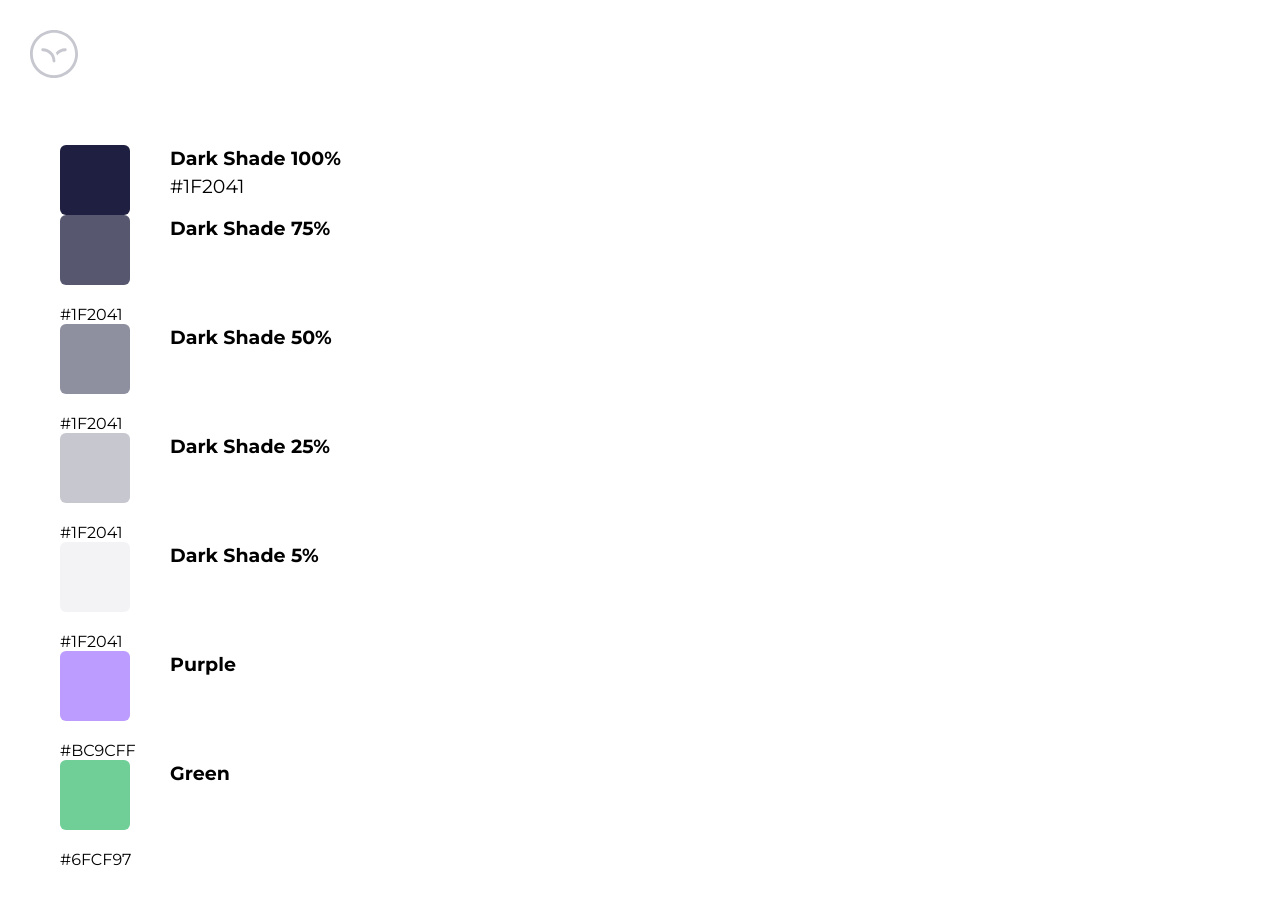
Repository: Inzhir2022/quatrain
Page: ui/index.html
These files come from the project's save history. The page is drawn as it stood at one moment and after the next save; the edit follows.
The browser window is 1280 px wide. The pictures show the whole page.

Above is the page before, as saved 2022-07-23 09:38:11.

### ui/index.html
<!DOCTYPE html>
<html lang="en">

<head>
  <meta charset="UTF-8">
  <meta http-equiv="X-UA-Compatible" content="IE=edge">
  <meta name="viewport" content="width=device-width, initial-scale=1.0">
  <link rel="preconnect" href="https://fonts.googleapis.com">
  <link rel="preconnect" href="https://fonts.gstatic.com" crossorigin>
  <link href="https://fonts.googleapis.com/css2?family=Montserrat:wght@400;700&display=swap" rel="stylesheet">
  <link rel="stylesheet" href="style.css">
  <title>UI</title>
</head>

<body>
  <div class="colorsAndTypes">
    <div class="container">
      <div class="colorsAndTypes__logo logo">
        <svg class="logo__icon" width="48" height="48" viewBox="0 0 48 48" xmlns="http://www.w3.org/2000/svg">
          <path d="M23.9989 32.4712C23.2224 32.4712 22.5871 31.8359 22.5871 31.0594C22.5871 25.6241 18.14 21.177 12.7047 21.177C11.9283 21.177 11.293 20.5418 11.293 19.7653C11.293 18.9888 11.9283 18.3535 12.7047 18.3535C19.7283 18.3535 25.4106 24.0359 25.4106 31.0594C25.4106 31.8359 24.7753 32.4712 23.9989 32.4712Z" />
          <path d="M36.7068 19.7653C36.7068 20.5418 36.0715 21.177 35.295 21.177C31.9421 21.177 28.9421 22.8712 27.1774 25.4476C26.7892 24.4594 26.3303 23.5418 25.7656 22.6947C28.095 20.0123 31.5186 18.3535 35.295 18.3535C36.0715 18.3535 36.7068 18.9888 36.7068 19.7653Z" />
          <path d="M24 48C10.7647 48 0 37.2353 0 24C0 10.7647 10.7647 0 24 0C37.2353 0 48 10.7647 48 24C48 37.2353 37.2353 48 24 48ZM24 2.82353C12.3176 2.82353 2.82353 12.3176 2.82353 24C2.82353 35.6824 12.3176 45.1765 24 45.1765C35.6824 45.1765 45.1765 35.6824 45.1765 24C45.1765 12.3176 35.6824 2.82353 24 2.82353Z" />
        </svg>
      </div>
      <div class="colors">
        <div class="colors__wrapper">
          <div class="colors__item colors__item_darkShade"></div>
          <div class="colors__title">Dark Shade 100%
            <span class="colors__subtitle">#1F2041</span>
          </div>
        </div>

        <div class="colors__wrapper">
          <div class="colors__item colors__item_darkShade_75"></div>
          <div class="colors__title">Dark Shade 75%</div>
          <div class="colors__subtitle">#1F2041</div>
        </div>
        <div class="colors__wrapper">
          <div class="colors__item colors__item_darkShade_50"></div>
          <div class="colors__title">Dark Shade 50%</div>
          <div class="colors__subtitle">#1F2041</div>
        </div>
        <div class="colors__wrapper">
          <div class="colors__item colors__item_darkShade_25"></div>
          <div class="colors__title">Dark Shade 25%</div>
          <div class="colors__subtitle">#1F2041</div>
        </div>
        <div class="colors__wrapper">
          <div class="colors__item colors__item_darkShade_5"></div>
          <div class="colors__title">Dark Shade 5%</div>
          <div class="colors__subtitle">#1F2041</div>
        </div>
        <div class="colors__wrapper">
          <div class="colors__item colors__item_purple"></div>
          <div class="colors__title">Purple</div>
          <div class="colors__subtitle">#BC9CFF</div>
        </div>
        <div class="colors__wrapper">
          <div class="colors__item colors__item_green"></div>
          <div class="colors__title">Green</div>
          <div class="colors__subtitle">#6FCF97</div>
        </div>

      </div>
    </div>
  </div>



</body>

</html>

### ui/style.css
:root {
  --darkShade_100: rgba(31, 32, 65, 1);
  --darkShade_75: rgba(31, 32, 65, .75);
  --darkShade_50: rgba(31, 32, 65, .5);
  --darkShade_25: rgba(31, 32, 65, .25);
  --darkShade_5: rgba(31, 32, 65, .05);
  --purple: rgb(188, 156, 255);
  --green: rgb(111, 207, 151);
}

body {
  position: relative;
  margin: 0;
  padding: 0;
  box-sizing: border-box;
  font-family: 'Montserrat', sans-serif;
}

.container {
  display: grid;
  grid-template-columns: repeat(12, 96.67px);
  column-gap: 20px;
  margin: 0 auto;
  max-width: 1160px;
  min-height: 900px;
}

.colorsAndTypes .container {
  grid-template-rows: 145px 1fr;
}

.colorsAndTypes__logo {
  position: absolute;
  top: 30px;
  left: 30px;
}
.logo__icon {
  fill: rgba(31, 32, 65, .25);
}

.colors {
  grid-column: 1/4;
  grid-row: 2;
}

.colors__wrapper {
  display: grid;
  grid-template-columns: 70px 171px;
  grid-template-rows: ;
  column-gap: 40px;
  row-gap: 20px;
}

.colors__item {
  width: 70px;
  height: 70px;
  border-radius: 6px;
}

.colors__item_darkShade {
  background-color: var(--darkShade_100);
}
.colors__item_darkShade_75 {
  background-color: var(--darkShade_75);
}
.colors__item_darkShade_50 {
  background-color: var(--darkShade_50);
}
.colors__item_darkShade_25 {
  background-color: var(--darkShade_25);
}
.colors__item_darkShade_5 {
  background-color: var(--darkShade_5);
}
.colors__item_purple {
  background-color: var(--purple);
}
.colors__item_green {
  background-color: var(--green);
}

.colors__title {
  font-size: 19px;
  font-weight: 700;
  line-height: 28px;
}

.colors__subtitle {
  display: block;
  font-weight: 400;
}

After the next save:
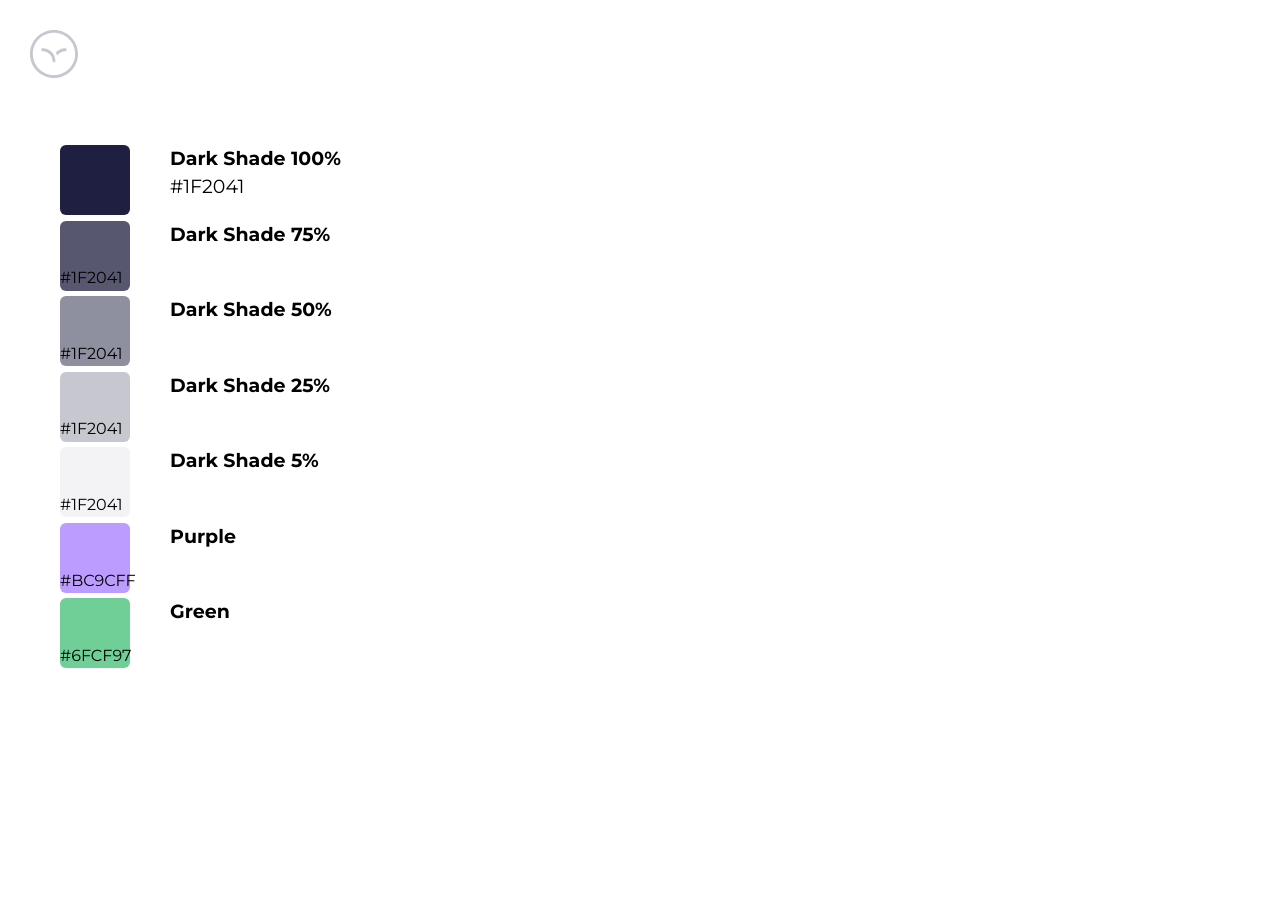
Saved 36 s later.
--- a/ui/style.css
+++ b/ui/style.css
@@ -46,7 +46,7 @@
 .colors__wrapper {
   display: grid;
   grid-template-columns: 70px 171px;
-  grid-template-rows: ;
+  grid-template-rows: repeat(2, 27.79px);
   column-gap: 40px;
   row-gap: 20px;
 }
